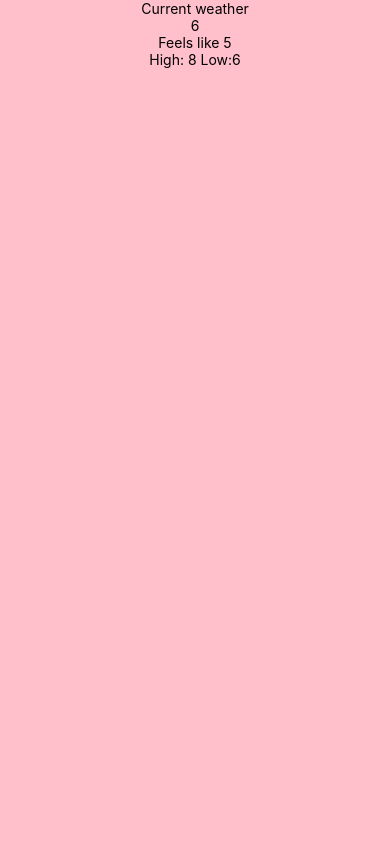
Repository: braduku28/react-weather-app
Screen: / (app in WeatherApp/)
These files come from the project's save history. The screen is drawn as it stood at one moment and after the next save; the edit follows.
The app was drawn by React Native's web renderer in a window 390 px wide. The project was rebuilt for these pictures with package versions that can differ from the ones it lists, and the page was loaded fresh each time.

Above is the screen before, as saved 2023-10-10 14:34:20.

### WeatherApp/App.tsx
import React from "react";

import { View, Text, SafeAreaView, StyleSheet } from "react-native";

const App = () =>{
  return (
    <SafeAreaView style={styles.wrapper}>
      <View style={styles.container}>
        <Text>Current weather</Text>
        <Text style={styles.temp}>6</Text>
        <Text>Feels like 5</Text>
        <Text>High: 8 Low:6</Text>
      </View>
    </SafeAreaView>
  );
}
const styles=StyleSheet.create({
  container:{
    flex:1,
    backgroundColor:"pink",
    alignItems:"center"
  },
  wrapper:{
    flex:1
  },
  temp:{
    color:"black"
  }
});

export default App;

After the next save:
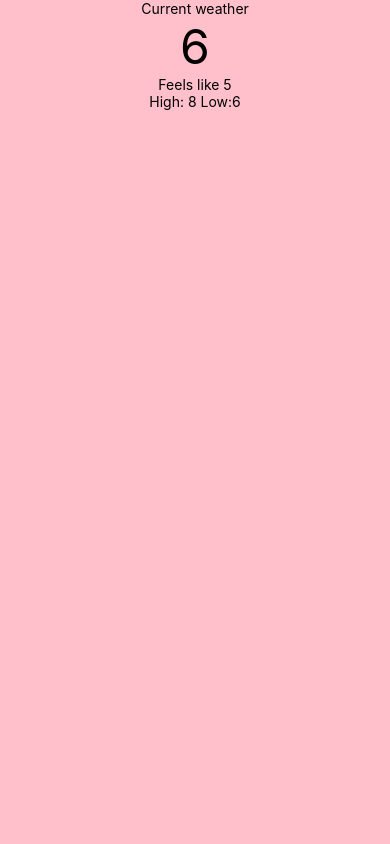
Saved 8 s later.
--- a/WeatherApp/App.tsx
+++ b/WeatherApp/App.tsx
@@ -24,7 +24,8 @@ const styles=StyleSheet.create({
     flex:1
   },
   temp:{
-    color:"black"
+    color:"black",
+    fontSize:48
   }
 });
 
